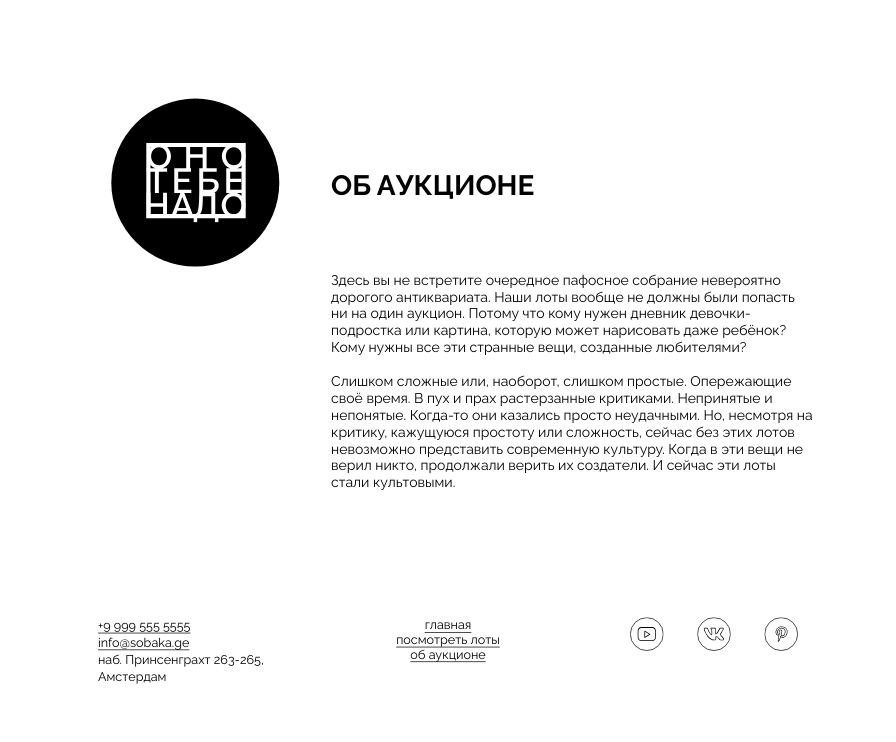
Repository: NikWolf75/ono-tebe-nado-fd
Page: index.html
These files come from the project's save history. The page is drawn as it stood at one moment and after the next save; the edit follows.
The browser window is 1280 px wide. The pictures show the part of the page from y = 1967 to 3887 px (the page is 3027 px tall before and 4155 px after), at 70% of full size.

Above is the page before, as saved 2024-12-18 23:10:58.

After the next save:
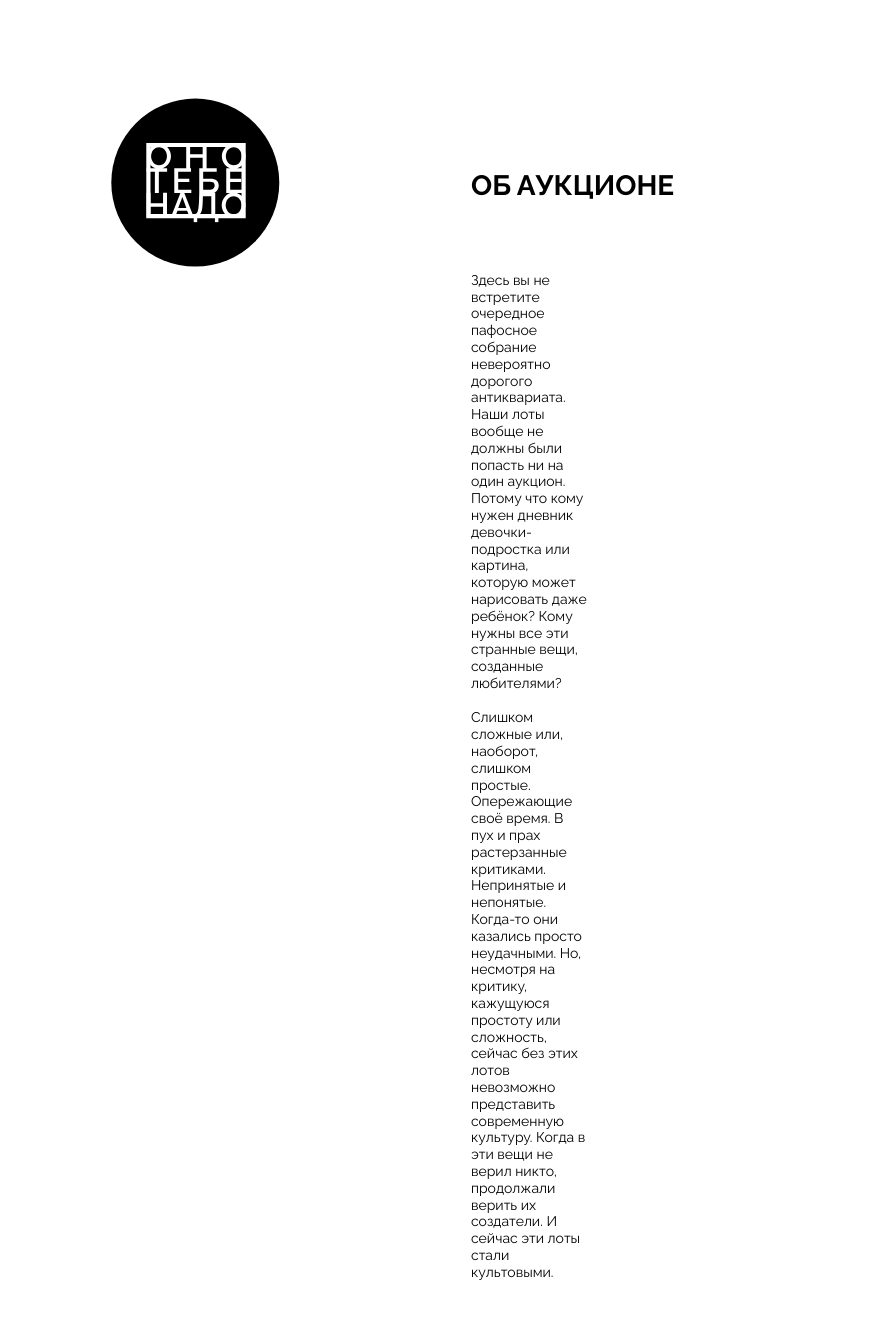
Saved 17 s later.
--- a/styles/style.css
+++ b/styles/style.css
@@ -246,7 +246,7 @@
   display: flex;
   flex-direction: column;
   gap: 25px;
-  max-width: 693px;
+  max-width: 168px;
   font-size: 20px;
   line-height: 120%;
 }

After the 2 saves that followed:
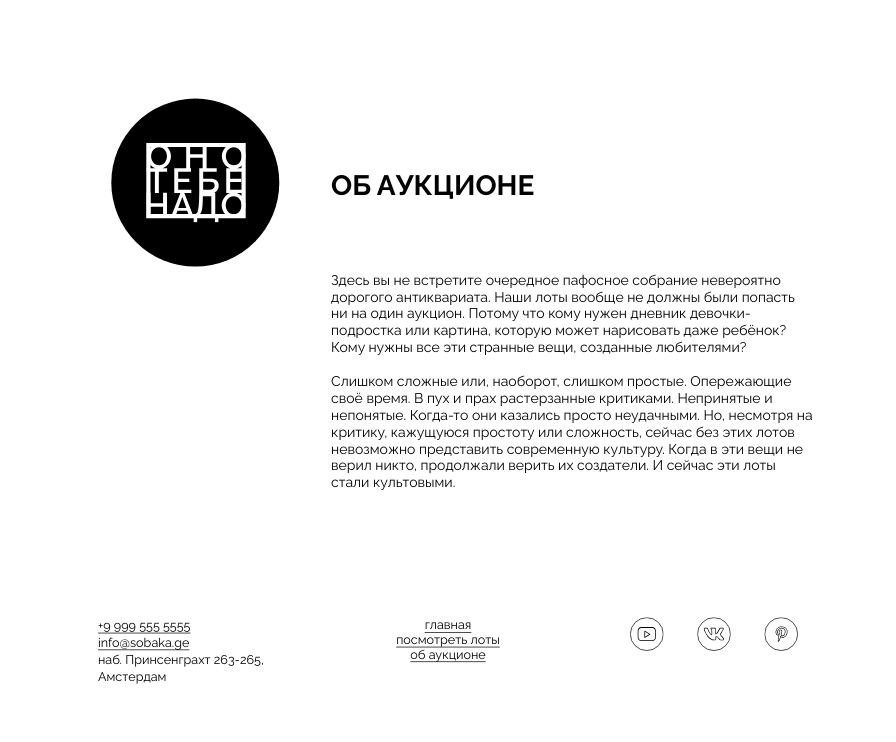
The 2 saves are shown as one change because they came seconds apart.
The last was saved 7 s later.
--- a/styles/style.css
+++ b/styles/style.css
@@ -246,7 +246,8 @@
   display: flex;
   flex-direction: column;
   gap: 25px;
-  max-width: 168px;
+  max-width: 693px;
+
   font-size: 20px;
   line-height: 120%;
 }
